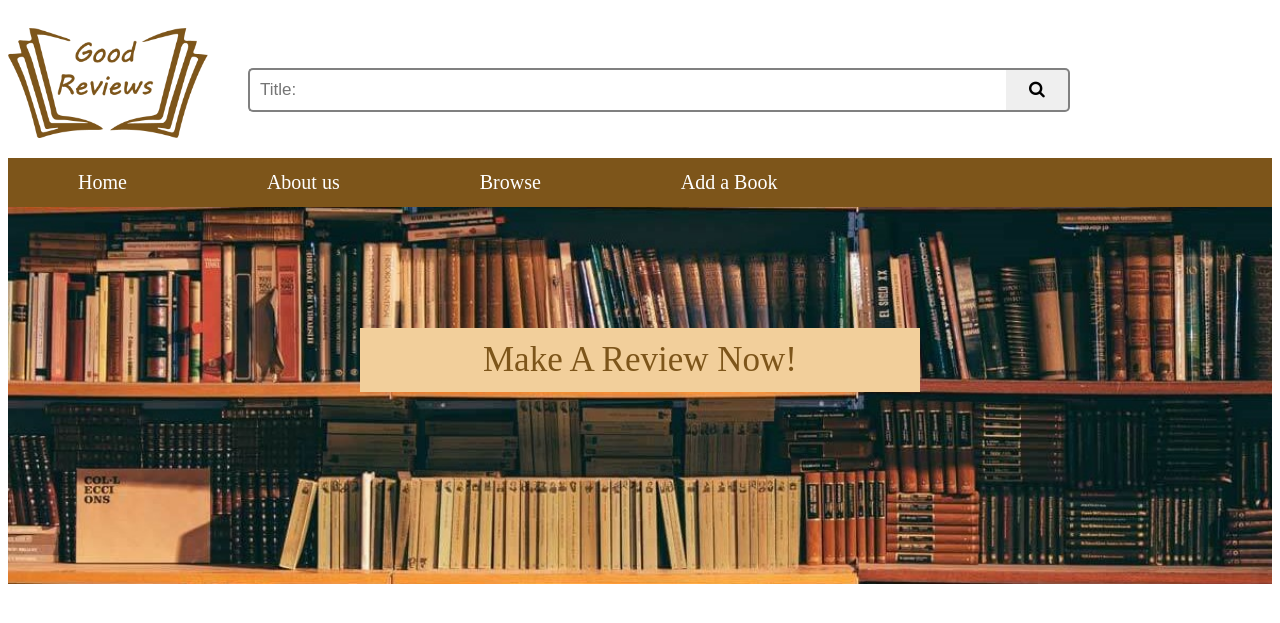
Repository: sesiliafenina/db-project
Page: index.html
These files come from the project's save history. The page is drawn as it stood at one moment and after a run of saves; the edit follows.
The browser window is 1280 px wide. The pictures show the whole page.

Above is the page before, as saved 2020-12-06 14:22:53.
Console error: SyntaxError: Cannot use import statement outside a module

### index.html
<!DOCTYPE html>
<html lang="en">
  <head>
    <meta charset="UTF-8" />
    <title>Good Reviews</title>
    <link rel="stylesheet" href="css/styles.css" />
    <link
      rel="stylesheet"
      href="https://cdnjs.cloudflare.com/ajax/libs/font-awesome/4.7.0/css/font-awesome.min.css"/>
    <script src="https://ajax.googleapis.com/ajax/libs/jquery/3.3.1/jquery.min.js"></script>
    <script src="script/main.js"></script>
  </head>
  <body>
    <div class="container">
      <a class="logo" href="index.html"></a>
      <div class="search-container">
        <input
          id="search-query"
          type="text"
          placeholder="Title: "
          name="search"
        />
        <button class="search" type="submit" onclick="nextPage()">
          <i class="fa fa-search"></i>
        </button>
      </div>
      <div class="navbar">
        <ul>
          <li><a href=" index.html">Home</a></li>
          <li><a href="about_us.html">About us</a></li>
          <li>
            <div class="dropdown">
              <a class="dropbtn">Browse</a>
              <div class="dropdown-content">
                <a onclick="moveToBrowse('decreasing')">Rating Decreasing</a>
                <a onclick="moveToBrowse('increasing')">Rating Increasing</a>
              </div>
            </div>
          </li>
          <li><a href="add_book.html">Add a Book</a></li>
        </ul>
      </div>
      <div class="container_2">
        <img src="assets/background.jpg" />
        <a class="make_review" href="browse.html">Make A Review Now!</a>
      </div>
    </div>
  </body>
</html>

### css/styles.css
ul {
  list-style-type: none;
  margin: 0;
  padding: 0;
  background-color: #7D551A;
}

a:hover{
  text-decoration: underline;
  cursor: pointer;
}

.navbar{
  display: block;
  float: left;
  width: 100%;
  background-color: #7D551A;
}

ul li{
  float: left;

}

h1, h2, h3{
  margin: 0;
  padding: 0;
}

/* a inside ul*/
ul li a{
  display: block;
  color: white;
  font-size: 20px;
  text-align: center;
  padding: 13px 70px;
  text-decoration: none;
  background-color: #7D551A
}

.container .login{
  float: right;
  display: block;
  padding: 0px 10px 0px 0px;
  font-size: 20px;
}

.navbar ul li a:hover {
  background-color: #CE8416;
}

.navbar ul li a.active {
  background-color: #CE8416;
}

a:hover{
  text-decoration: underline;
}

.logo{
  background-image: url(../assets/logo.png);
  background-size: 200px;
  background-repeat: no-repeat;
  background-position: center;
  display: inline;
  float: left;
  vertical-align: top;
  width: 200px;
  height: 150px;
}

.container{
  min-height: 100%;
  margin: 0 auto;
}

.dropdown{
  position: relative;
  display: inline-block;
}

.dropbtn{
  display: block;
  color: white;
  font-size: 20px;
  text-align: center;
  padding: 13px 70px;
  text-decoration: none;
  background-color: #7D551A;
  cursor: pointer;
}

/* Dropdown Content (Hidden by Default) */
.dropdown-content {
  display: none;
  position: absolute;
  background-color: #F2CF9B;
  min-width: 160px;
  box-shadow: 0px 8px 16px 0px rgba(0,0,0,0.2);
  z-index: 1;
}

/* Links inside the dropdown */
.dropdown-content a {
  background-color: #F2CF9B;
  color: black;
  padding: 12px 16px;
  text-decoration: none;
  display: block;
}

.dropdown-content a:hover {background-color: #f1f1f1}

/* Show the dropdown menu on hover */
.dropdown:hover .dropdown-content {
  display: block;
}

.container .search-container button{
  float: left;
  padding: 10px;
  margin-top: 60px;
  margin-right: 50px;
  font-size: 17px;
  border: 2px solid grey;
  border-left: none;
  cursor: pointer;
  width: 5%;
  height: 44px;
  border-radius: 5px;
  border-top-left-radius: 0px;
  border-bottom-left-radius: 0px;
}


.container .search-container input[type=text] {
  float: left;
  padding: 10px;
  border: 2px solid grey;
  border-radius: 5px;
  margin-top: 60px;
  margin-left: 40px;
  width: 60%;
  font-size: 17px;
  border-right: none;
  border-top-right-radius: 0px;
  border-bottom-right-radius: 0px;
}

.container_2 img{
  min-width: 100%;
  margin: 0 auto;
}

.container_2 .make_review{
  position: absolute;
  top: 50%;
  left: 50%;
  transform: translate(-50%, -50%);
  -ms-transform: translate(-50%, -50%);
  background-color: #F2CF9B;
  color: #7D551A;
  font-size: 35px;
  padding: 12px 24px;
  border: none;
  cursor: pointer;
  width: 40%;
  text-decoration: none;
  text-align: center;
}

/* Full-width input fields */
input[type=text], input[type=password] {
  width: 100%;
  padding: 12px 20px;
  margin: 8px 0;
  display: inline-block;
  border: 1px solid #ccc;
  box-sizing: border-box;
}

/* Set a style for all buttons */
.container .login{
  background-color: #7D551A;
  color: white;
  padding: 5px 20px;
  margin: 2px 0;
  border: none;
  cursor: pointer;
  width: 7%;
  height: 30px;
  text-align: center;
  font-size: 15px;
}

.login{
  background-color: black;
  color: white;
  padding: 14px 20px;
  margin: 8px 0;
  border: none;
  cursor: pointer;
  width: 100%;
}

button:hover {
  opacity: 0.8;
}

/* Extra styles for the cancel button */
.cancelbtn {
  width: auto;
  padding: 10px 18px;
  background-color: #f44336;
  border: none;
  color: white;
}

.submitbtn{
  width: auto;
  padding: 10px 18px;
  background-color: green;
  border: none;
  color: white;
  float: right;
}

### script/main.js
import {ip} from './ip.js'
var baseURL = ip.ip
console.log(baseURL)
// console.log(ip.ip)
// async function getData(url=''){
//   const response = await fetch(url, {
//     method: 'GET',
//     mode: 'cors',
//     cache: 'no-cache',
//     credentials: 'same-origin',
//   });
//   return response.json();
// }

// function getHttp(){
//   getData('http://54.165.167.219:80/sortByRating?rating_preference=increasing')
//   .then(data => {
//     console.log(data);
//     createHTML(data);
//   });
// }

// function createHTML(reviewData){
//     var rawTemplate = document.getElementById("booksTemplate").innerHTML;
//     var compiledTemplate = Handlebars.compile(rawTemplate);
//     var ourGeneratedHTML = compiledTemplate(reviewData);

//     var bookContainer = document.getElementById("book_container");
//     bookContainer.innerHTML = ourGeneratedHTML;
// }

// getHttp();

// Example POST method implementation:
async function postData(url = '', data = {}) {
  // Default options are marked with *
  const response = await fetch(url, {
    method: 'POST', // *GET, POST, PUT, DELETE, etc.
    mode: 'cors', // no-cors, *cors, same-origin
    cache: 'no-cache', // *default, no-cache, reload, force-cache, only-if-cached
    credentials: 'same-origin', // include, *same-origin, omit
    headers: {
      'Content-Type': 'application/json'
      // 'Content-Type': 'application/x-www-form-urlencoded',
    },
    redirect: 'follow', // manual, *follow, error
    referrerPolicy: 'no-referrer', // no-referrer, *no-referrer-when-downgrade, origin, origin-when-cross-origin, same-origin, strict-origin, strict-origin-when-cross-origin, unsafe-url
    body: JSON.stringify(data)
  });
  console.log(response)
  return response.json(); // parses JSON response into native JavaScript objects
}

function postHttp(){
  postData('https://jsonplaceholder.typicode.com/posts', { answer: 42 })
    .then(data => {
      console.log(data);
    });
}

function nextPage(){
  console.log('next page is called');
  var query = document.getElementById('search-query').value;
  console.log(query);

  localStorage.setItem('title', query);
  window.location.href = "browse.html";
}

After the next 2 saves:
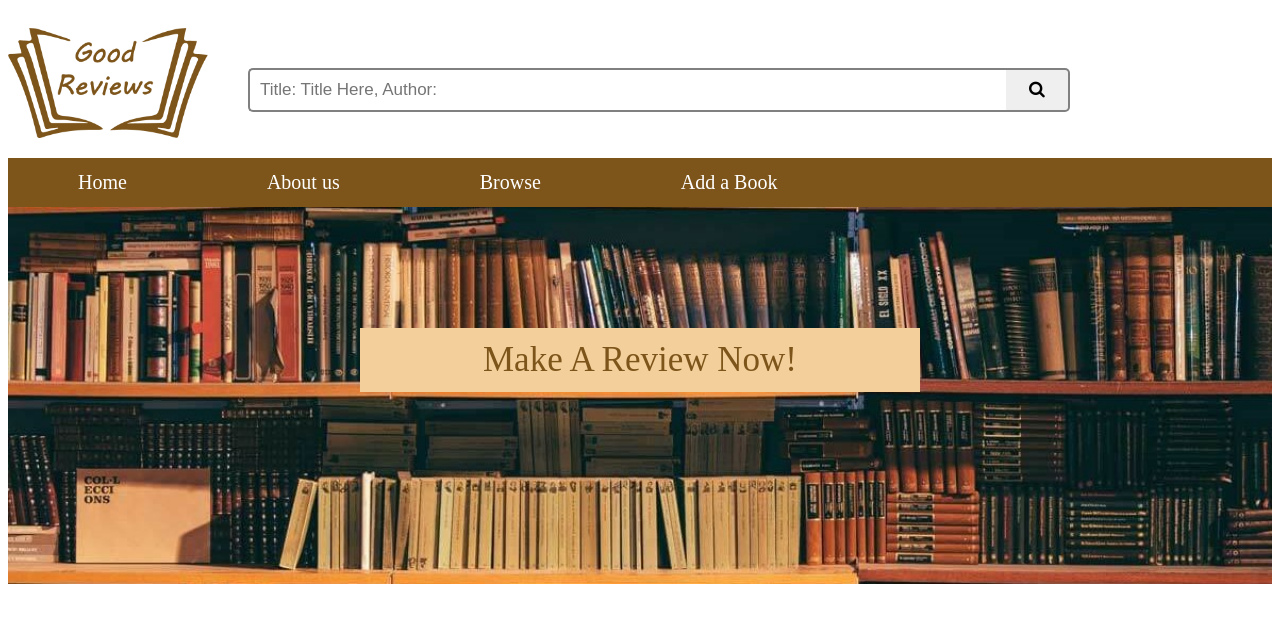
The 2 saves are shown as one change because they came seconds apart.
The last was saved 6 s later.
--- a/index.html
+++ b/index.html
@@ -17,7 +17,7 @@
         <input
           id="search-query"
           type="text"
-          placeholder="Title: "
+          placeholder="Title: Title Here, Author: "
           name="search"
         />
         <button class="search" type="submit" onclick="nextPage()">
